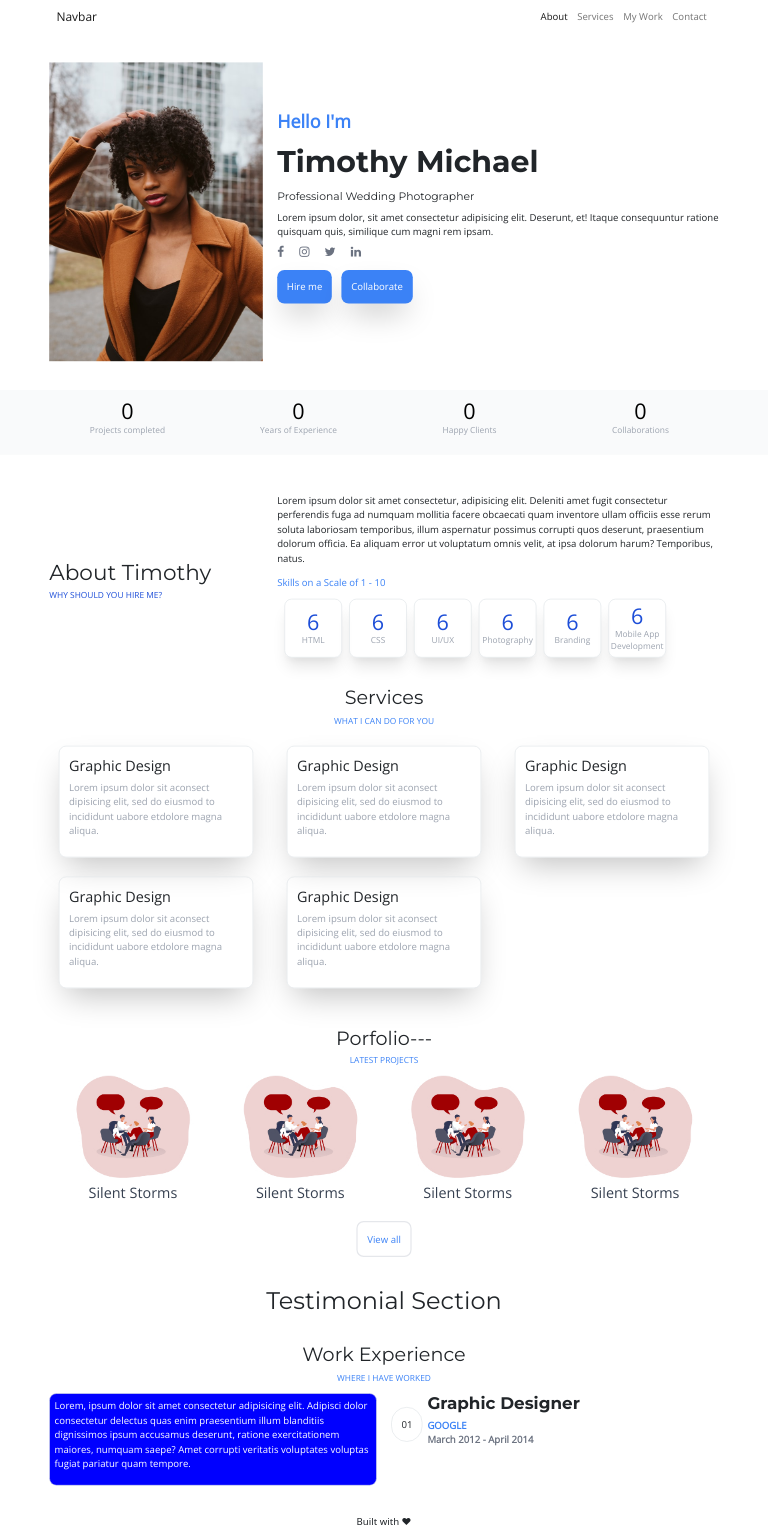
Repository: latenightsnacc/giggles
Page: HTML/freelancer.html
These files come from the project's save history. The page is drawn as it stood at one moment and after the next save; the edit follows.
The browser window is 1280 px wide. The pictures show the whole page, at 60% of full size.
The pointer rests on the first visible `.work-experience .row`.
Some web libraries are served in a nearby version.

Above is the page before, as saved 2021-01-03 18:29:04.

After the next save:
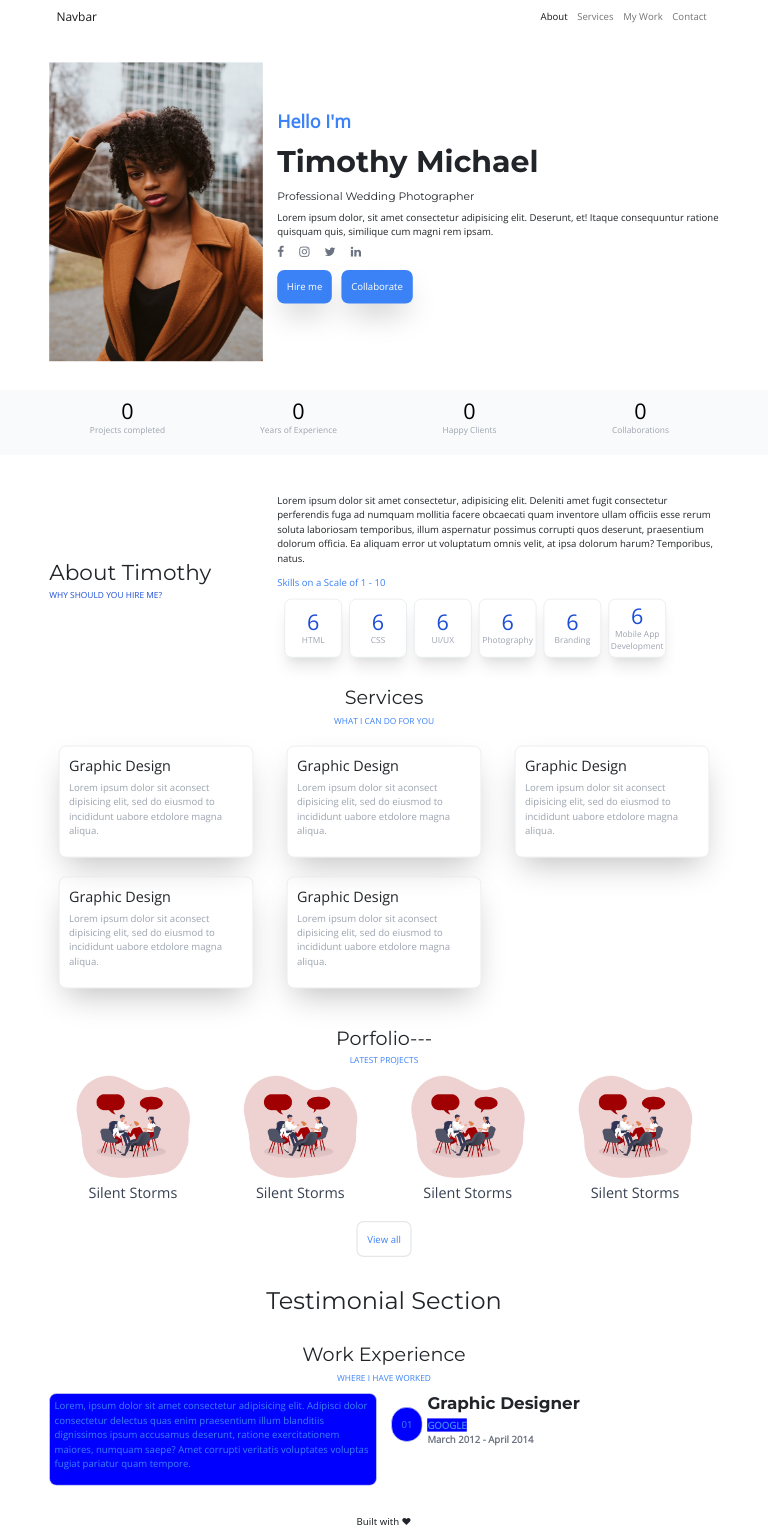
Saved 43 s later.
--- a/HTML/stylesheet.css
+++ b/HTML/stylesheet.css
@@ -33,5 +33,9 @@ p, div, a, button {
 
 .work-experience .row:hover .text {
     background-color: blue;
-    color: white;
+    color: #3b82f6;
 }
+.work-experience .row:hover span {
+    background-color: blue;
+    color: #3b82f6;
+}
